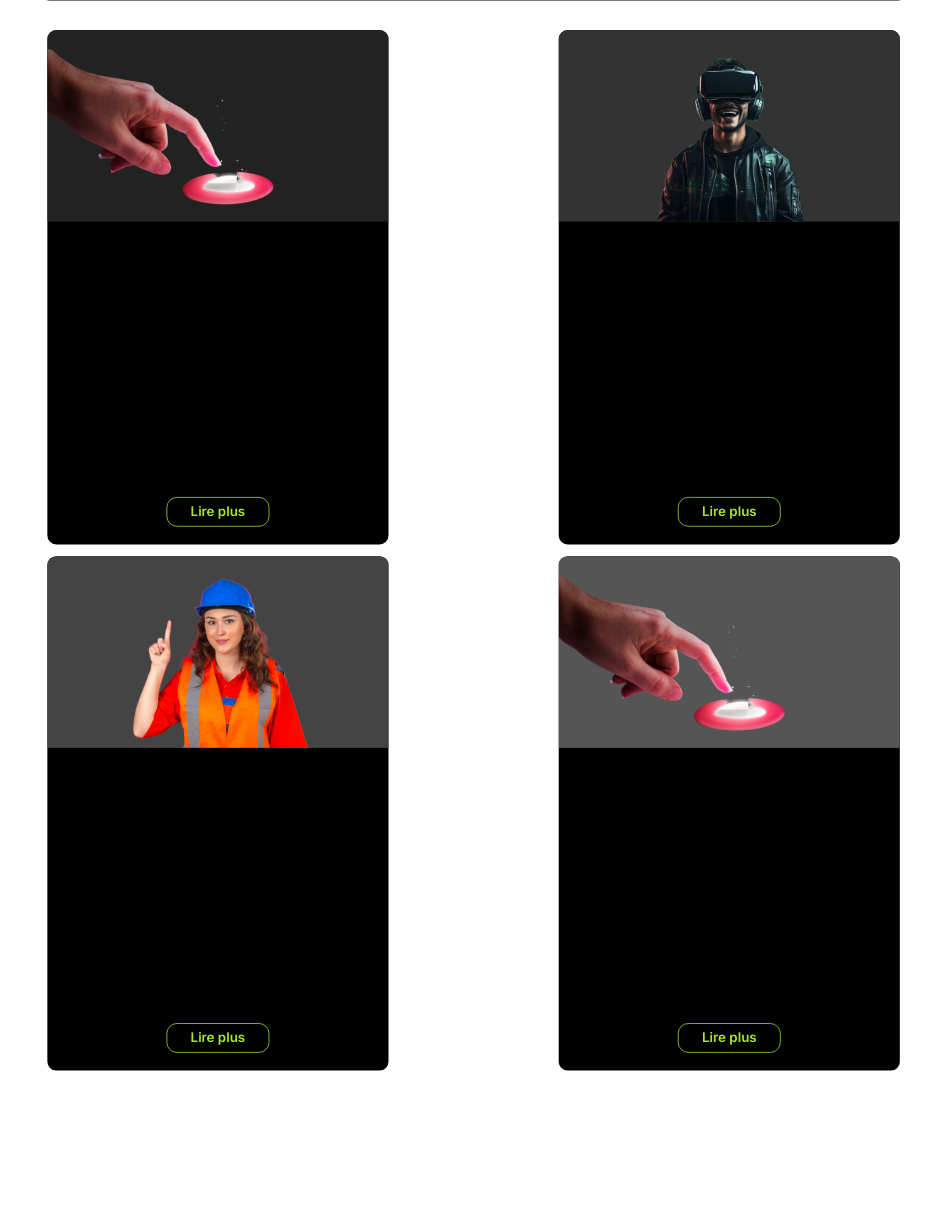
Repository: NassimeElkamari/test
Page: /blogs
An editor plug-in stored every save of this project. The page is shown before and after a run of saves, followed by the edit.
The browser window is 1280 px wide. The pictures show the part of the page from y = 652 to 2298 px (the page is 2298 px tall), at 74% of full size.
The project was rebuilt for these pictures with package versions that can differ from the ones it lists, and the page was loaded fresh each time. The framework's server and built-in components were replaced by stand-ins that run in the browser. Also part of the build but not shown: next.config.mjs.

Above is the page before, as saved 2024-06-12 15:47:37.

After the next 2 saves:
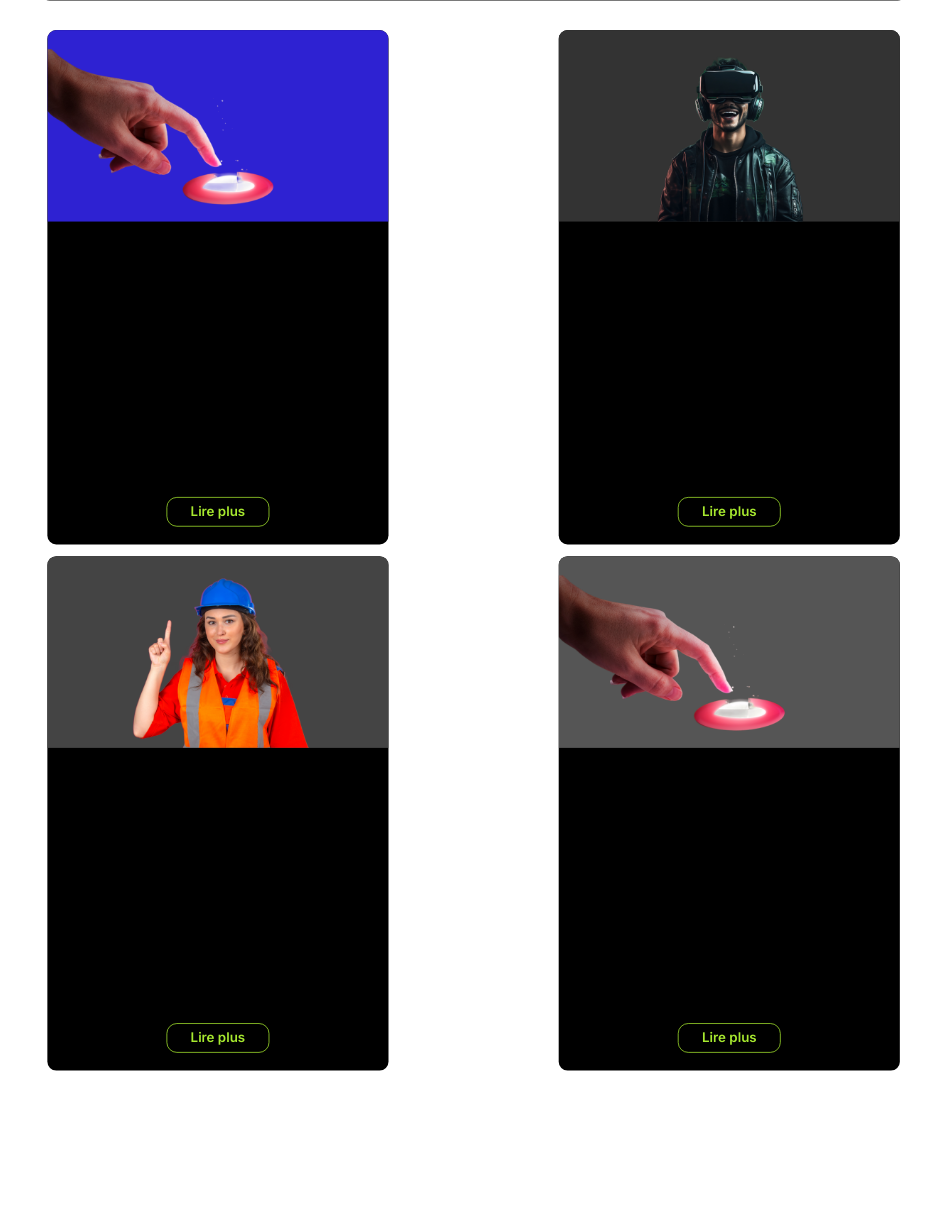
The 2 saves are shown as one change because they came seconds apart.
The last was saved 18 s later.
--- a/src/data/cardData.js
+++ b/src/data/cardData.js
@@ -5,7 +5,7 @@ export const cardData = [
     title: "L'impact des médias sociaux sur la santé mental",
     description: "Discuter de la façon dont les likes, les commentaires et les partages peuvent devenir une mesure de notre valeur personnelle, et comment cela peut affecter notre estime de soi et notre bien-être émotionnel...",
     date: "11 Décembre 2023",
-    background: '#222222' // Background color for the first card
+    background: '#2e22d2' // Background color for the first card
   },
   {
     id: 2,
